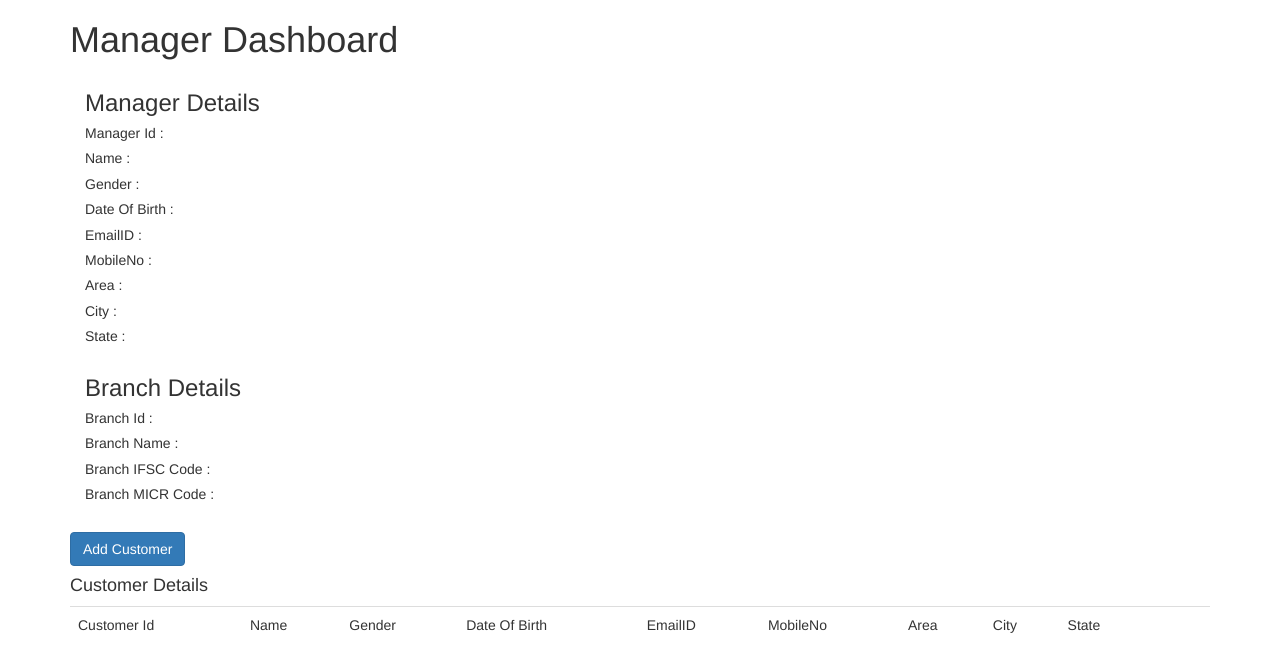
Repository: Shubham-Gawade/SpringHibernateTraining
Page: http://localhost/xorbankonline/WEB-INF/pages/managerhome.jsp
These files come from the project's save history. The page is drawn as it stood at one moment and after the next save; the edit follows.
The browser window is 1280 px wide. The pictures show the whole page.
The page is served by Tomcat 9. Nobody is signed in. Other server files are loaded and not shown. The template is opened directly, without the code that normally fills it, so the values that code supplies are empty.

Above is the page before, as saved 2021-10-07 08:38:02.

### xorbankonline/src/main/webapp/WEB-INF/pages/managerhome.jsp
<%@ page language="java" contentType="text/html; charset=ISO-8859-1"
    pageEncoding="ISO-8859-1"%>
<%@taglib uri="http://java.sun.com/jsp/jstl/core" prefix="c"%>
<!DOCTYPE html>
<html>
<head>
<meta charset="ISO-8859-1">
<title>Insert title here</title>
<link rel="stylesheet" href="https://maxcdn.bootstrapcdn.com/bootstrap/3.3.7/css/bootstrap.min.css">

<script>
	function popup() {
		alert("Do you want to delete?")
	}
</script></head>
<body class="container">
	<h1>Manager Dashboard</h1>
	<div class="container">
		<div class="row">
			<div class="col-md-7">
				<h3>Manager Details</h3>
				<h5>Manager Id : ${manager.personId}</h5>
				<h5>Name : ${manager.personName}</h5>
				<h5>Gender : ${manager.gender}</h5>
				<h5>Date Of Birth : ${manager.dateOfBirth}</h5>
				<h5>EmailID : ${manager.emailId}</h5>
				<h5>MobileNo : ${manager.mobileNo}</h5>
				<h5>Area : ${manager.address.area}</h5>
				<h5>City : ${manager.address.city}</h5>
				<h5>State : ${manager.address.state}</h5>
			</div>
			<div class="col-md-7">
				<h3>Branch Details</h3>
				<h5>Branch Id : ${manager.branch.branchId}</h5>
				<h5>Branch Name : ${manager.branch.branchName}</h5>
				<h5>Branch IFSC Code : ${manager.branch.ifscCode}</h5>
				<h5>Branch MICR Code : ${manager.branch.micrCode}</h5>
			</div>
		</div>
	</div>
	<br/>
	<a href="addCustomer"><button class="btn btn-primary">Add Customer</button></a>
	<br/>
	<h4>Customer Details</h4>
	<table class="table">
		<tr>
			<td>Customer Id</td>
			<td>Name</td>
			<td>Gender</td>
			<td>Date Of Birth</td>
			<td>EmailID</td>
			<td>MobileNo</td>
			<td>Area</td>
			<td>City</td>
			<td>State</td>
			<td></td>
			<td></td>
		</tr>
		<c:forEach items="${customers}" var="customer">
			<tr>
				<td>${customer.personId}</td>
				<td>${customer.personName}</td>
				<td>${customer.gender}</td>
				<td>${customer.dateOfBirth}</td>
				<td>${customer.emailId}</td>
				<td>${customer.mobileNo}</td>
				<td>${customer.address.area}</td>
				<td>${customer.address.city}</td>
				<td>${customer.address.state}</td>
				<td><a href="showCustomer/${customer.personId}"><button class="btn btn-primary">View Details</button></a></td>
				<td><a href="deleteCustomer/${customer.personId}"><button class="btn btn-danger" onclick="popup()">Delete Customer</button></a></td>
			</tr>
		</c:forEach>
	</table>
</body>
</html>

After the next save:
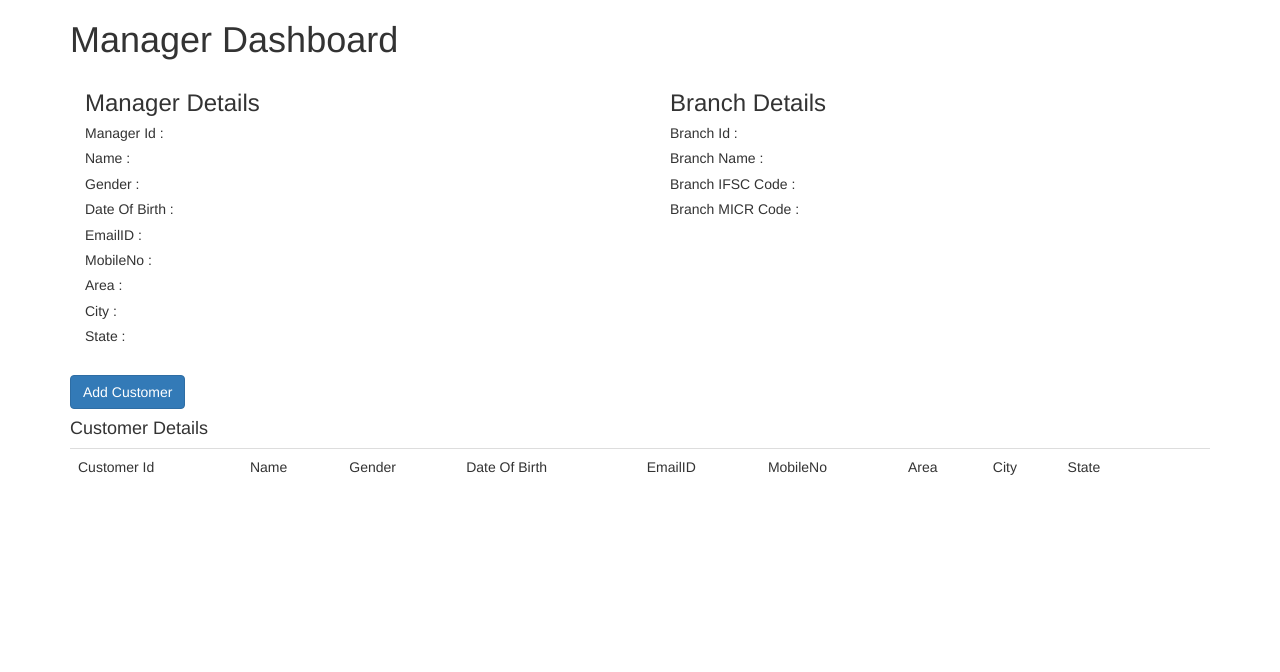
Saved 39 s later.
--- a/xorbankonline/src/main/webapp/WEB-INF/pages/managerhome.jsp
+++ b/xorbankonline/src/main/webapp/WEB-INF/pages/managerhome.jsp
@@ -17,7 +17,7 @@
 	<h1>Manager Dashboard</h1>
 	<div class="container">
 		<div class="row">
-			<div class="col-md-7">
+			<div class="col-md-6">
 				<h3>Manager Details</h3>
 				<h5>Manager Id : ${manager.personId}</h5>
 				<h5>Name : ${manager.personName}</h5>
@@ -29,7 +29,7 @@
 				<h5>City : ${manager.address.city}</h5>
 				<h5>State : ${manager.address.state}</h5>
 			</div>
-			<div class="col-md-7">
+			<div class="col-md-6">
 				<h3>Branch Details</h3>
 				<h5>Branch Id : ${manager.branch.branchId}</h5>
 				<h5>Branch Name : ${manager.branch.branchName}</h5>
